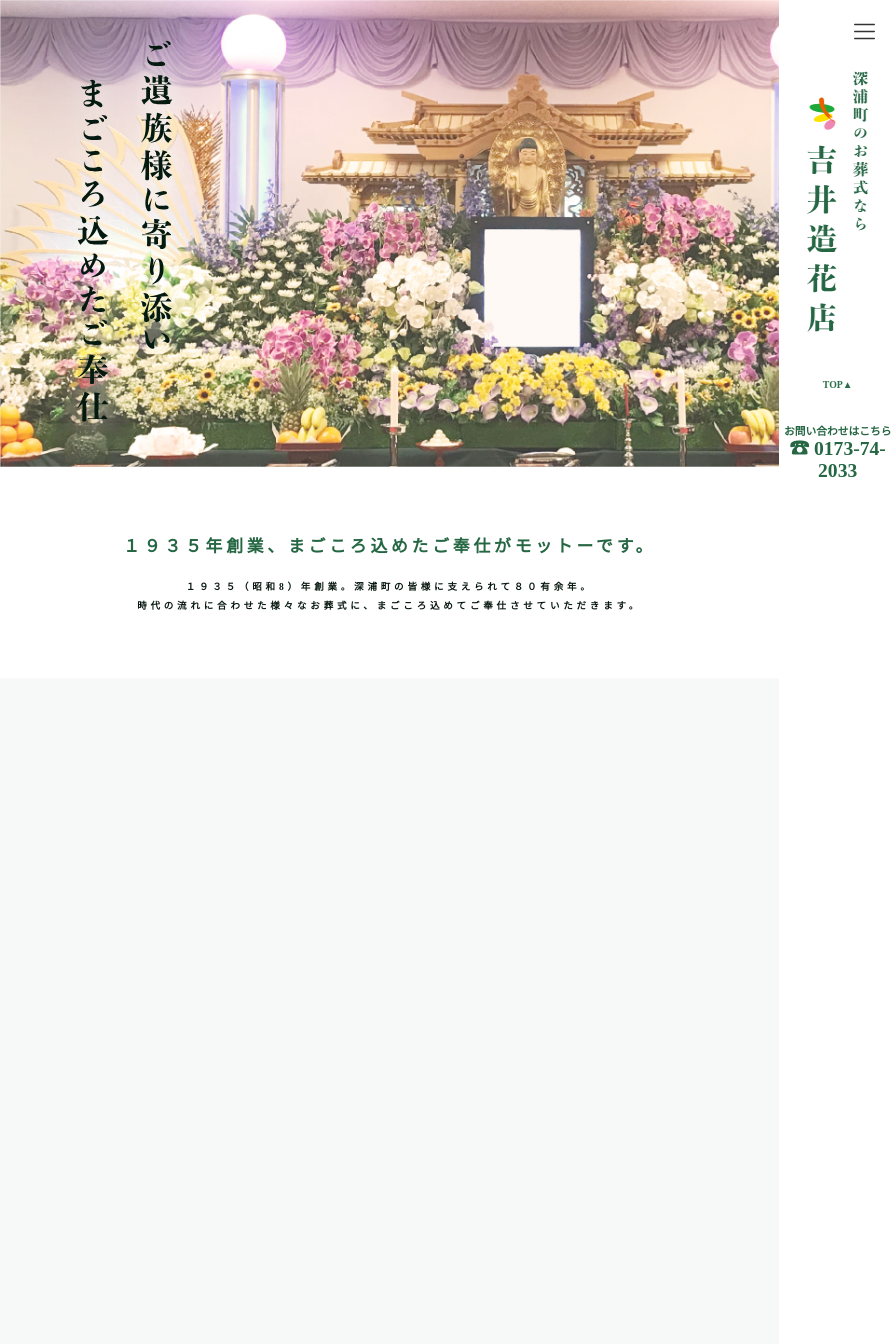
Repository: plus-agc-service-yamauchi/yoshii_scratch_ver3
Page: index.html
An editor plug-in stored every save of this project. The page is shown before and after the next save, followed by the edit.
The browser window is 1280 px wide. The pictures show the part of the page from y = 0 to 1920 px (the page is 3625 px tall), at 70% of full size.
Some web libraries are served in a nearby version. The style sheet was rebuilt from its Sass, Less or Tailwind sources for each picture, by a compiler version that may differ from the author's.

Above is the page before, as saved 2021-02-04 18:23:03.
Console error (its wording comes from the project's code and is left out).

### index.html
<!DOCTYPE html>
<html lang="ja">

<head>
    <title>吉井造花店</title>
    <meta name="description" content="1935（昭和8）年創業。深浦町の皆様に支えられて８０有余年。時代の流れに合わせた様々なお葬式に、まごころ込めてご奉仕させていただきます。">
    <meta charset="utf-8" />
    <meta name="viewport" content="width=device-width, initial-scale=1" />
    <meta property="og:title" content="">
    <meta property="og:type" content="">
    <meta property="og:url" content="">
    <meta property="og:image" content="">
    <link rel="manifest" href="site.webmanifest">
    <link rel="apple-touch-icon" href="icon.png">
    <link rel="icon" type="image/x-icon" href="favicon.ico">
    <link rel="stylesheet" href="css/style.min.css" />
    <link rel="stylesheet" href="css/index.min.css">
    <link rel="stylesheet" href="css/animate.min.css">
    <link rel="stylesheet" href="css/common.min.css" />
    <link rel="stylesheet" href="css/destyle.css" />
</head>

<body>
    <div id="loading">
        <div class="loader"></div>
    </div>
    <header>
        <!-- SP ヘッダーバー -->
        <div id="headbar">
            <h1 class="text-main"><a href="index.html"><span>有限会社</span> 吉井造花店</a></h1>
        </div>
        <!-- ドロワーナビゲーション -->
        <div id="navArea">
            <nav>
                <div class="inner">
                    <ul class="menu_list">
                        <li><a href="index.html">トップページ</a></li>
                        <li class="nav_item">
                            <a href="#" class="js-dropdown">吉井造花店のご案内<span>&#9662;</span></a>
                            <div class="panel js-dropdown-menu">
                                <ul class="panel-inner">
                                    <li class="panel_item">
                                        <a href="about.html">吉井造花店について</a>
                                    </li>
                                    <li class="panel_item">
                                        <a href="about.html#anchor_1">当社のサービス内容</a>
                                    </li>
                                    <li class="panel_item">
                                        <a href="about.html#anchor_2">会社案内</a>
                                    </li>
                                </ul>
                            </div>
                        </li>
                        <li class="nav_item">
                            <a href="#" class="js-dropdown">お葬式プランと安置室のご案内<span>&#9662;</span></a>
                            <div class="panel js-dropdown-menu">
                                <ul class="panel-inner">
                                    <li class="panel_item">
                                        <a href="plan.html">お葬式プランと安置室のご案内</a>
                                    </li>
                                    <li class="panel_item">
                                        <a href="plan.html#anchor_1">一般葬プラン</a>
                                    </li>
                                    <li class="panel_item">
                                        <a href="plan.html#anchor_2">家族葬プラン</a>
                                    </li>
                                    <li class="panel_item">
                                        <a href="plan.html#anchor_3">安置室プラン</a>
                                    </li>
                                    <li class="panel_item">
                                        <a href="plan.html#anchor_4">安置室について</a>
                                    </li>
                                </ul>
                            </div>
                        </li>
                        <li class="nav_item">
                            <a href="#" class="js-dropdown">御供物・御供花のご注文<span>&#9662;</span></a>
                            <div class="panel js-dropdown-menu">
                                <ul class="panel-inner">
                                    <li class="panel_item">
                                        <a href="order.html">御供物・御供花のご注文</a>
                                    </li>
                                    <li class="panel_item">
                                        <a href="order.html#anchor_1">御供花</a>
                                    </li>
                                    <li class="panel_item">
                                        <a href="order.html#anchor_2">花環</a>
                                    </li>
                                    <li class="panel_item">
                                        <a href="order.html#anchor_3">盛り籠</a>
                                    </li>
                                </ul>
                            </div>
                        </li>
                        <li><a href="faq.html">よくあるご質問</a></li>
                        <div class="sp-call tabVisible pcHidden">
                            <p>24時間365日<br>お問い合わせはお電話・FAXで承ります。</p>
                            <p>お問い合わせはこちら</p>
                            <p><a href="tel:0173-74-2033">&phone; 0173-74-2033</a></p>
                        </div>
                    </ul>
                </div>
            </nav>
            <!-- ナビゲーショントグル -->
            <div class="toggle_btn">
                <span></span>
                <span></span>
                <span></span>
            </div>
            <div id="mask"></div>
        </div>
    </header>
    <main>
        <div class="wrapper">
            <div class="left">
                <!-- メイン スライダー -->
                <div id="slider">
                    <div id="slidertype1">
                        <img src="img/slide_1.jpg" alt="スライド1" width="100%" />
                    </div>
                    <div id="slidertype2">
                        <img src="img/slide_2.jpg" alt="スライド2" width="100%" />
                    </div>
                    <div id="slidertype3">
                        <img src="img/slide_3.jpg" alt="スライド3" width="100%" />
                    </div>
                    <p>
                        <img src="img/hero_text.svg" alt="ご遺族様に寄り添いまごころ込めたご奉仕" class="hero_text" />
                    </p>
                </div>
                <!-- メインコンテンツ -->
                <div class="container">
                    <div class="top">
                        <div class="text-sp-center text-tab-center text-pc-center">
                            <h2 class="text-main font36 mb20">
                                １９３５年創業、まごころ込めたご奉仕がモットーです。
                            </h2>
                        </div>
                        <p class="text-sp-left text-tab-center text-pc-center">
                            １９３５（昭和8）年創業。深浦町の皆様に支えられて８０有余年。<br />
                            時代の流れに合わせた様々なお葬式に、まごころ込めてご奉仕させていただきます。
                        </p>
                    </div>
                </div>
                <div class="bg-sub">
                    <div class="container py30">
                        <div class="mb80">
                            <div class="spHidden tabVisible pcVisible">
                                <div class="grid-pc-2 grid-tab-2">
                                    <div class="inner-left animate__animated animate__fadeInLeft animate__delay-2s">
                                        <img src="img/top_card_1.png" alt="" class="img-pc-100 img-tab-100">
                                    </div>
                                    <div class="inner-right animate__animated animate__fadeInRight animate__delay-2s">
                                        <h3 class="text-main">吉井造花店について</h3>
                                        <p>
                                            お客様の様々な不安を安心にかえるお手伝いをまごころでご奉仕させていただだきます。
                                        </p>
                                        <a class="button text-main" ontouchstart="" href="about.html">
                                            詳細はこちら
                                        </a>
                                    </div>
                                </div>
                            </div>
                            <!-- SP -->
                            <div class="mb30 spVisible tabHidden pcHidden animate__animated animate__fadeInUp animate__delay-2s">
                                <img src="img/top_card_1.png" alt="" class="img100 img-tab-100" />
                                <div class="item">
                                    <h3 class="text-main">吉井造花店について</h3>
                                    <p>
                                        お客様の様々な不安を安心にかえるお手伝いをまごころでご奉仕させていただだきます。
                                    </p>
                                    <a class="button text-main" ontouchstart="" href="about.html">
                                        詳細はこちら
                                    </a>
                                </div>
                            </div>
                        </div>
                        <div class="mb80">
                            <div class="spHidden tabVisible pcVisible">
                                <div class="grid-pc-2 grid-tab-2">
                                    <div class="inner-left-2 animate__animated animate__fadeInLeft animate__delay-3s">
                                        <h3 class="text-main text-left">お葬式プランと<br>安置室のご案内</h3>
                                        <p>
                                            宗旨・宗派を問わず、ご要望にお応えいたします。
                                        </p>
                                        <a class="button text-main" ontouchstart="" href="plan.html">
                                            詳細はこちら
                                        </a>
                                    </div>
                                    <div class="inner-right-2 animate__animated animate__fadeInRight animate__delay-3s">
                                        <img src="img/top_card_2.png" alt="" class="img-pc-100 img-tab-100">
                                    </div>
                                </div>
                            </div>
                            <!-- SP -->
                            <div class="mb30 spVisible tabHidden pcHidden animate__animated animate__fadeInUp animate__delay-3s">
                                <img src="img/top_sp_2.png" alt="" class="img100" />
                                <div class="item">
                                    <h3 class="text-main">お葬式プラン<span class="spHidden tabHidden">と安置室のご案内</span></h3>
                                    <p>
                                        宗旨・宗派を問わず、ご要望にお応えいたします。
                                    </p>
                                    <a class="button text-main" ontouchstart="" href="plan.html">
                                        詳細はこちら
                                    </a>
                                </div>
                            </div>
                        </div>
                        <div class="mb80">
                            <div class="spHidden tabVisible pcVisible">
                                <div class="grid-pc-2 grid-tab-2">
                                    <div class="inner-left animate__animated animate__fadeInLeft animate__delay-4s">
                                        <img src="img/top_card_3.png" alt="" class="img-pc-100 img-tab-100">
                                    </div>
                                    <div class="inner-right animate__animated animate__fadeInRight animate__delay-4s">
                                        <h3 class="text-main">御供物・御供花のご注文</h3>
                                        <p>
                                            お通夜・お葬儀、法要・法事などでご利用いただけます。
                                        </p>
                                        <a class="button text-main" ontouchstart="" href="order.html">
                                            詳細はこちら
                                        </a>
                                    </div>
                                </div>
                            </div>
                            <!-- SP -->
                            <div class="mb30 spVisible tabHidden pcHidden animate__animated animate__fadeInUp animate__delay-4s">
                                <img src="img/top_sp_3.png" alt="" class="img100" />
                                <div class="item">
                                    <h3 class="text-main">御供物・御供花のご注文<span class="spHidden tabHidden"></h3>
                                    <p>
                                        お通夜・お葬儀、法要・法事などでご利用いただけます。
                                    </p>
                                    <a class="button text-main" ontouchstart="" href="order.html">
                                        詳細はこちら
                                    </a>
                                </div>
                            </div>
                        </div>
                        <div class="mb80">
                            <div class="spHidden tabVisible pcVisible">
                                <div class="grid-pc-2 grid-tab-2">
                                    <div class="inner-left-2 animate__animated animate__fadeInLeft animate__delay-5s">
                                        <h3 class="text-main">よくあるご質問</h3>
                                        <p>
                                            ご遺族様の不安や疑問等、お気軽にご相談ください。
                                        </p>
                                        <a class="button text-main" ontouchstart="" href="faq.html">
                                            詳細はこちら
                                        </a>
                                    </div>
                                    <div class="inner-right-2 animate__animated animate__fadeInRight animate__delay-5s">
                                        <img src="img/top_card_4.png" alt="" class="img-pc-100 img-tab-100">
                                    </div>
                                </div>
                            </div>
                            <!-- SP -->
                            <div class="mb30 spVisible tabHidden pcHidden animate__animated animate__fadeInUp animate__delay-5s">
                                <img src="img/top_sp_4.png" alt="" class="img100" />
                                <div class="item">
                                    <h3 class="text-main">よくあるご質問</h3>
                                    <p>
                                        ご遺族様の不安や疑問等、お気軽にご相談ください。
                                    </p>
                                    <a class="button text-main" ontouchstart="" href="faq.html">
                                        詳細はこちら
                                    </a>
                                </div>
                            </div>
                        </div>
                    </div>
                </div>
                <div class="info">
                    <div class="container py30">
                        <div class="text-sp-center text-tab-center text-pc-center mb30">
                            <img src="img/logo_h.svg" alt="" class="img70 img-pc-30 img-tab-30" />
                        </div>
                        <div class="grid-1 grid-tab-2 grid-pc-2 grid-col-gap20">
                            <div class="ir text-sp-left text-tab-left text-pc-left">
                                <div class="mb50">
                                    <p class="font-tracking4">〒038−2324</p>
                                    <p class="font-tracking5 mb30">
                                        青森県西津軽郡深浦町大字深浦字浜町348−7
                                    </p>
                                    <p class="font-tracking5 mb20">
                                        お問い合わせはお電話、FAXで承ります。
                                    </p>
                                    <p class="font-tracking5">
                                        24時間対応・年中無休。お気軽にお問い合わせください。
                                    </p>
                                </div>
                                <div class="mb40 text-tab-center text-pc-center">
                                    <a href="tel:0173-74-2033"><img src="img/info_call.svg" alt="" class="img100 img-pc-70 img-tab-80" /></a>
                                </div>
                                <div class="mb30">
                                    <p class="fpoint">ふかちゃんポイント付与（一部を除く。）</p>
                                </div>
                                <div class="grid-sp-2 grid-pc-2 grid-tab-2 grid-row-gap20 grid-col-gap20 mb20">
                                    <a href="https://www.zensoren.or.jp" target="_blank" class="link">全日本葬祭業協同組合</a>
                                    <a href="http://www.younet-aomori.jp/contact.html" target="_blank" class="link">青森新生活互助会代理店</a>
                                </div>
                                <div class="grid-sp-1 grid-pc-1 grid-tab-2 grid-row-gap20 grid-col-gap20 mb20">
                                    <a href="http://www.jfn87.co.jp/" target="_blank" class="link2">JFNジャパンフラワーネットワーク</a>
                                </div>
                                <div>
                                    <img src="img/airpay_h.png" alt="" class="img100 img-tab-100 img-pc-100">
                                </div>
                            </div>
                            <div class="mb30">
                                <iframe src="https://www.google.com/maps/d/u/0/embed?mid=1ebatdI8vkuU5Y1tNTiyKdjtavv3ePw3P&z=16" width="100%" height="480"></iframe>
                            </div>
                        </div>
                    </div>
                </div>
            </div>
            <!-- サイドバー -->
            <div class="right">
                <div class="logoWrapper">
                    <a href="index.html"><img src="img/logo.svg" alt=""></a>
                </div>
                <p id="pageTop"><a href="#">TOP▲</a></p>
                <div class="sideFooter">
                    <span>お問い合わせはこちら</span>
                    <p>
                        <a href="tel:0173-74-2033">&phone; 0173-74-2033</a>
                    </p>
                </div>
            </div>
        </div>
    </main>
    <!-- フッター -->
    <footer>
        <div class="spVisible tabHidden pcHidden">
            <div class="accbox">
                <a class="cssacc" href="index.html"><span>トップページ</span></a>
                <input type="checkbox" id="label2" class="cssacc" />
                <label for="label2">吉井造花店のご案内</label>
                <div class="accshow">
                    <a class="show" href="about.html#anchor_1">当社のサービス内容</a>
                    <a class="show" href="about.html#anchor_2">会社案内</a>
                </div>
                <input type="checkbox" id="label3" class="cssacc" />
                <label for="label3">お葬式プランと安置室のご案内</label>
                <div class="accshow">
                    <a class="show" href="plan.html#anchor_1">一般葬プラン</a>
                    <a class="show" href="plan.html#anchor_2">自宅葬プラン</a>
                    <a class="show" href="plan.html#anchor_3">安置室プラン</a>
                    <a class="show" href="plan.html_anchor_4">安置室について</a>
                </div>
                <input type="checkbox" id="label4" class="cssacc" />
                <label for="label4">御供物・御供花のご注文</label>
                <div class="accshow">
                    <a class="show" href="order.html">御供物・御供花のご注文</a>
                    <a class="show" href="order.html#anchor_1">御供花</a>
                    <a class="show" href="order.html#anchor_2">花環</a>
                    <a class="show" href="order.html#anchor_3">盛り籠</a>
                </div>
                <a class="cssacc" href="faq.html"><span>よくあるご質問</span></a>
            </div>
        </div>
        <div class="spHidden tabVisible pcVisible">
            <div class="footerWrapper grid-1 grid-tab-5 grid-pc-5 grid-col-gap20">
                <ul>
                    <li class="footerHeading"><a href="index.html">トップページ</a></li>
                </ul>
                <ul>
                    <li class="footerHeading">
                        <a href="about.html">吉井造花店のご案内</a></span>
                    </li>
                    <li class="footerItemStart"><a href="about.html#anchor_1">当社のサービス内容</a></li>
                    <li class="footerItem"><a href="about.html#anchor_2">会社案内</a></li>
                </ul>
                <ul>
                    <li class="footerHeading">
                        <a href="plan.html">お葬式プランと安置室のご案内</a></span>
                    </li>
                    <li class="footerItemStart"><a href="plan.html#anchor_1">一般葬プラン</a></li>
                    <li class="footerItem"><a href="plan.html#anchor_2">自宅葬プラン</a></li>
                    <li class="footerItem"><a href="plan.html#anchor_3">安置室プラン</a></li>
                    <li class="footerItem"><a href="plan.html_anchor_4">安置室について</a></li>
                </ul>
                <ul>
                    <li class="footerHeading"><a href="order.html">御供物のご注文</a></li>
                    <li class="footerItemStart"><a href="order.html#anchor_1">御供花</a></li>
                    <li class="footerItem"><a href="order.html#anchor_2">花環</a></li>
                    <li class="footerItem"><a href="order.html#anchor_3">盛り籠</a></li>
                </ul>
                <ul>
                    <li class="footerHeading"> <a href="faq.html">よくあるご質問</a></li>
                </ul>
            </div>
        </div>
    </footer>
    <div class="copy text-center">©️2020 有限会社 吉井造花店</div>
    <script src="http://ajax.googleapis.com/ajax/libs/jquery/2.1.4/jquery.min.js"></script>
    <script src="js/menu.min.js"></script>
    <script src="js/slide.min.js"></script>
    <script src="js/scroll.min.js"></script>
    <script src="js/returnTop.min.js"></script>
    <script>
        $(window).load(function() {
            $('#slider').fadeIn(100);
        });
    </script>
    <script>
        window.onload = function () {
    const spinner = document.getElementById('loading');
    spinner.classList.add('loaded');
}
    </script>
    <!-- Google Analytics: change UA-XXXXX-Y to be your site's ID. -->
    <script>
    window.ga = function() { ga.q.push(arguments) };
    ga.q = [];
    ga.l = +new Date;
    ga('create', 'UA-XXXXX-Y', 'auto');
    ga('set', 'anonymizeIp', true);
    ga('set', 'transport', 'beacon');
    ga('send', 'pageview')
    </script>
    <script src="https://www.google-analytics.com/analytics.js" async></script>
</body>

</html>

### scss/option.scss
.animate__animated.animate__fadeInLeft {
  --animate-duration: 2s;
}
.animate__animated.animate__fadeInRight {
  --animate-duration: 2s;
}

Loaded but not shown: css/animate.min.css (library); js/menu.min.js (1 lines, source omitted); js/slide.min.js (1 lines, source omitted); js/returnTop.min.js (1 lines, source omitted); js/scroll.min.js (1 lines, source omitted); scss/style.scss (1976 lines, source omitted); scss/common.scss (1581 lines, source omitted); scss/index.scss (238 lines, source omitted); css/destyle.css (276 lines, source omitted)

After the next save:
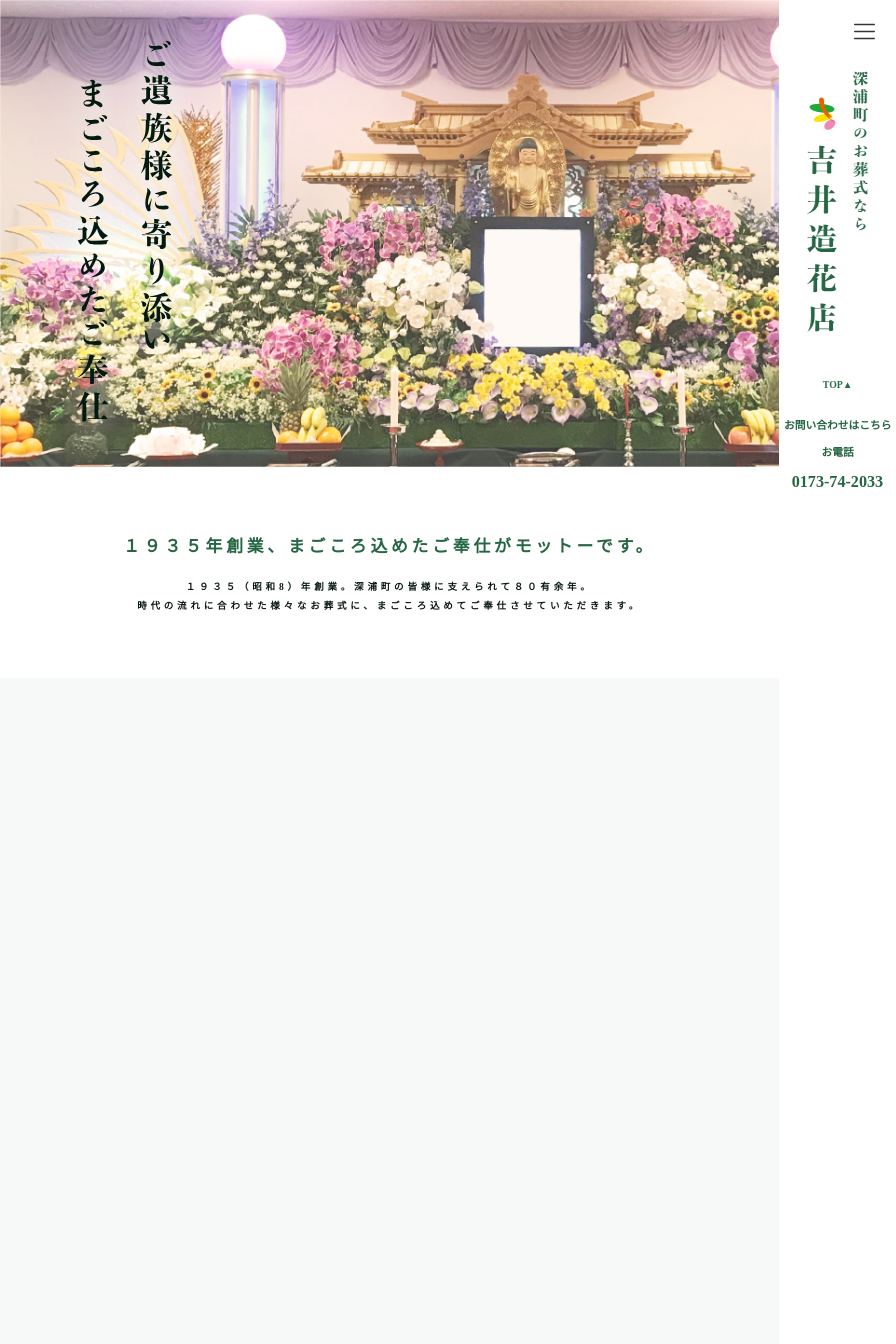
Saved 7 s later.
--- a/index.html
+++ b/index.html
@@ -321,8 +321,9 @@
                 <p id="pageTop"><a href="#">TOP▲</a></p>
                 <div class="sideFooter">
                     <span>お問い合わせはこちら</span>
-                    <p>
-                        <a href="tel:0173-74-2033">&phone; 0173-74-2033</a>
+                    <span style="margin:20px 0 10px 0;">お電話</span>
+                    <p class="scale">
+                        <a href="tel:0173-74-2033">0173-74-2033</a>
                     </p>
                 </div>
             </div>
